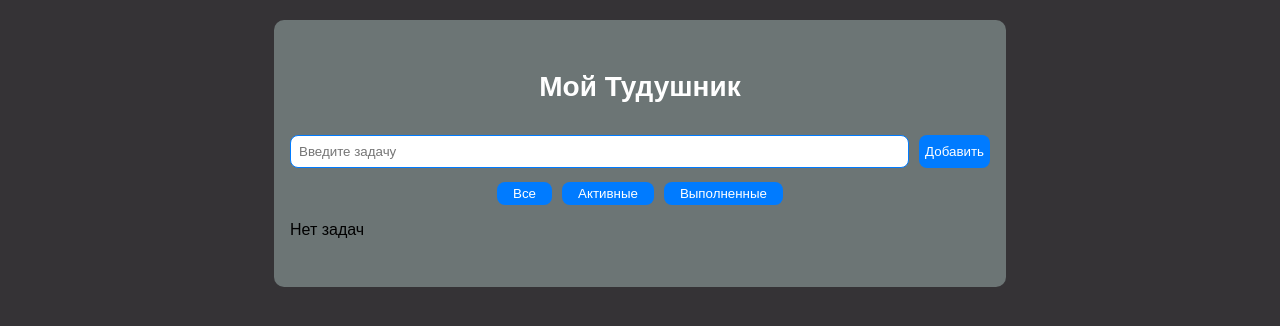
Repository: AlekCawka/-todo-project
Page: /
The author's editor kept a copy of each file at every save. The page is drawn from the files as they stood at one save, then again after the next save.
The browser window is 1280 px wide. The pictures show the whole page.
The project was rebuilt for these pictures with package versions that can differ from the ones it lists, and the page was loaded fresh each time. Also part of the build but not shown: vite.config.js.

Above is the page before, as saved 2025-08-06 22:24:25.

### src/main.jsx
import React from 'react'
import ReactDOM from 'react-dom/client'
import App from './App.jsx'

ReactDOM.createRoot(document.getElementById('root')).render(
  <React.StrictMode>
    <App />
  </React.StrictMode>
)

### src/App.jsx
import React, { useState } from 'react';
import { useTodos } from './hooks/useTodos';

import './App.css';

function App() {
  const {
    todos,
    addTodo,
    deleteTodo,
    updateTodo,
    toggleCompleted
  } = useTodos();

  const [inputValue, setInputValue] = useState('');
  const [filter, setFilter] = useState('all');

  const handleAdd = () => {
    const trimmed = inputValue.trim();
    if (!trimmed) return;
    addTodo(trimmed);
    setInputValue('');
  };

  const handleEdit = (id) => {
    const todo = todos.find(t => t.id === id);
    if (!todo) return;

    const newText = prompt('Новое значение:', todo.text);
    if (!newText || !newText.trim()) return;

    updateTodo(id, { text: newText.trim() });
  };

  const getFilteredTodos = (todos, filter) => {
    switch (filter) {
      case 'active':
        return todos.filter(todo => !todo.completed);
      case 'completed':
        return todos.filter(todo => todo.completed);
      default:
        return todos;
    }
  };

  const filteredTodos = getFilteredTodos(todos, filter);

  return (
    <div className="container">
      <h1 className="title">Мой Тудушник</h1>

      <div className="form">
        <input
          type="text"
          placeholder="Введите задачу"
          value={inputValue}
          onChange={(e) => setInputValue(e.target.value)}
        />
        <button onClick={handleAdd}>Добавить</button>
      </div>

      <div className="filters">
        <button onClick={() => setFilter('all')}>Все</button>
        <button onClick={() => setFilter('active')}>Активные</button>
        <button onClick={() => setFilter('completed')}>Выполненные</button>
      </div>

      <ul className="list">
        {filteredTodos.length === 0 && (
          <p className="text-gray-500 text-center">Нет задач</p>
        )}

        {filteredTodos.map((todo) => (
          <TodoItem
            key={todo.id}
            todo={todo}
            onDelete={deleteTodo}
            onToggle={toggleCompleted}
            onEdit={handleEdit}
          />
        ))}
      </ul>
    </div>
  );
}

export default App;

### src/hooks/useTodos.js
import { useState, useEffect } from 'react';
import { Trash2, Edit, Clock, Calendar, CheckSquare, Square } from 'lucide-react';

const generateId = () => crypto?.randomUUID?.() || `${Date.now()}-${Math.random()}`;

export const useTodos = () => {
    const [todos, setTodos] = useState([]);

    const normalize = (text) => text.trim().toLowerCase();

    useEffect(() => {
        const stored = localStorage.getItem('todos');
        if (stored) {
            setTodos(JSON.parse(stored));
        }
    }, []);

    useEffect(() => {
        localStorage.setItem('todos', JSON.stringify(todos));
    }, [todos]);

    const addTodo = (text, deadline = null) => {
        const trimmed = text.trim();

        if (!trimmed) return;

        const isDuplicate = todos.some(todo => normalize(todo.text) === normalize(text));

        if (isDuplicate) {
            return;
        }

        const newTodo = {
            id: generateId(),
            text: trimmed,
            completed: false,
            createdAt: new Date().toISOString(),
            deadline: deadline || null,
        };
        setTodos(prevTodos => [newTodo, ...prevTodos]);
    };

    const deleteTodo = (id) => {
        setTodos(prev => prev.filter(todo => todo.id !== id));
    };

    const updateTodo = (id, updates) => {
        setTodos(prev =>
            prev.map(todo =>
                todo.id === id ?
                    { ...todo, ...updates } : todo
            )
        );
    };

    const toggleCompleted = (id) => {
        setTodos(prev =>
            prev.map(todo =>
                todo.id === id ?
                    { ...todo, completed: !todo.completed } : todo
            )
        )
    }

    return {
        todos,
        addTodo,
        deleteTodo,
        updateTodo,
        toggleCompleted,
    };
};

### src/App.css
body {
    font-family: sans-serif;
    background: rgb(53, 51, 54);
    margin: 0;
    padding: 0;
}

.container {
    max-width: 700px;
    margin: 20px auto;
    padding: 32px 16px;
    background-color: rgb(108, 117, 117);
    border-radius: 10px;
}

.title {
    text-align: center;
    font-size: 28px;
    margin-bottom: 2rem;
    color: white;
}

.form {
    display: flex;
    gap: 10px;
    margin-bottom: 14px;
}

.form input {
    flex: 1;
    padding: 8px;
    border-radius: 8px;
    border: 1px solid #007bff;
}

.form button {
    background-color: #007bff;
    border: none;
    border-radius: 8px;
    cursor: pointer;
    color: white;
    transition: background-color 0.3s;
}

.form button:hover {
    background-color: #0056b3;
}

.filters {
    display: flex;
    justify-content: center;
    gap: 10px;
}

.filters button {
    padding: 4px 16px;
    background-color: #007bff;
    border: none;
    color: white;
    border-radius: 8px;
    cursor: pointer;
    transition: all 0.3s;
}

.filters button:hover {
    background-color: #0056b3;
}

.list {
    list-style: none;
    padding: 0;
    margin-top: 15px;
}

.todo-item {
    display: flex;
    align-items: center;
    gap: 8px;
    background-color: rgba(250, 244, 244, 0.203);
    padding: 10px;
    margin-bottom: 10px;
    border-radius: 8px;
    box-shadow: 0 1px 3px rgba(0, 0, 0, 0.4);
}

.todo-item span {
    flex: 1;
    font-size: 1rem;
    color: white;
    word-break: break-word;
}

.todo-item button {
    background: white;
    border: none;
    border-radius: 8px;
    cursor: pointer;
    font-size: 1rem;
    width: 120px;
}

.todo-item input[type="checkbox"] {
    width: 18px;
    height: 18px;
}

After the next save:
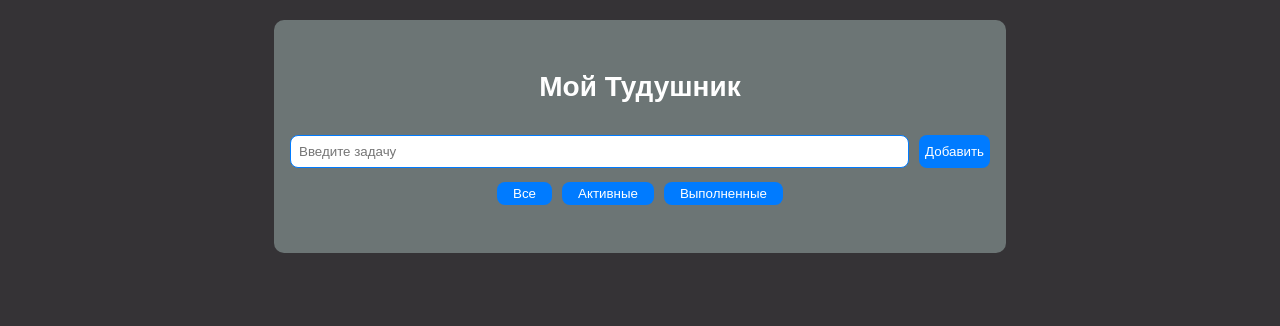
Saved 32 min 25 s later.
--- a/src/App.jsx
+++ b/src/App.jsx
@@ -3,34 +3,20 @@ import { useTodos } from './hooks/useTodos';
 
 import './App.css';
 
-function App() {
-  const {
-    todos,
-    addTodo,
-    deleteTodo,
-    updateTodo,
-    toggleCompleted
-  } = useTodos();
-
+const App = () => {
+  const { todos, addTodo, deleteTodo, updateTodo, toggleCompleted } = useTodos();
   const [inputValue, setInputValue] = useState('');
   const [filter, setFilter] = useState('all');
+  const [searchQuery, setSearchQuery] = useState('');
 
   const handleAdd = () => {
-    const trimmed = inputValue.trim();
-    if (!trimmed) return;
-    addTodo(trimmed);
+    addTodo(inputValue);
     setInputValue('');
-  };
+  }
 
-  const handleEdit = (id) => {
-    const todo = todos.find(t => t.id === id);
-    if (!todo) return;
-
-    const newText = prompt('Новое значение:', todo.text);
-    if (!newText || !newText.trim()) return;
-
-    updateTodo(id, { text: newText.trim() });
-  };
+  const handleChange = (e) => {
+    setInputValue(e.target.value);
+  }
 
   const getFilteredTodos = (todos, filter) => {
     switch (filter) {
@@ -54,7 +40,7 @@ function App() {
           type="text"
           placeholder="Введите задачу"
           value={inputValue}
-          onChange={(e) => setInputValue(e.target.value)}
+          onChange={handleChange}
         />
         <button onClick={handleAdd}>Добавить</button>
       </div>
@@ -66,22 +52,28 @@ function App() {
       </div>
 
       <ul className="list">
-        {filteredTodos.length === 0 && (
-          <p className="text-gray-500 text-center">Нет задач</p>
-        )}
-
-        {filteredTodos.map((todo) => (
-          <TodoItem
-            key={todo.id}
-            todo={todo}
-            onDelete={deleteTodo}
-            onToggle={toggleCompleted}
-            onEdit={handleEdit}
-          />
+        {filteredTodos.map(todo => (
+          <li key={todo.id} className="todo-item">
+            <input
+              type="checkbox"
+              checked={todo.completed}
+              onChange={() => toggleCompleted(todo.id)}
+            />
+            <span
+              style={{ textDecoration: todo.completed ? 'line-through' : 'none' }}
+            >
+              {todo.text}
+            </span>
+            <button onClick={() => {
+              const newText = prompt('Новое значение:', todo.text);
+              if (newText) updateTodo(todo.id, newText);
+            }}>Редактировать</button>
+            <button onClick={() => deleteTodo(todo.id)}>Удалить</button>
+          </li>
         ))}
       </ul>
     </div>
   );
-}
+};
 
 export default App;
